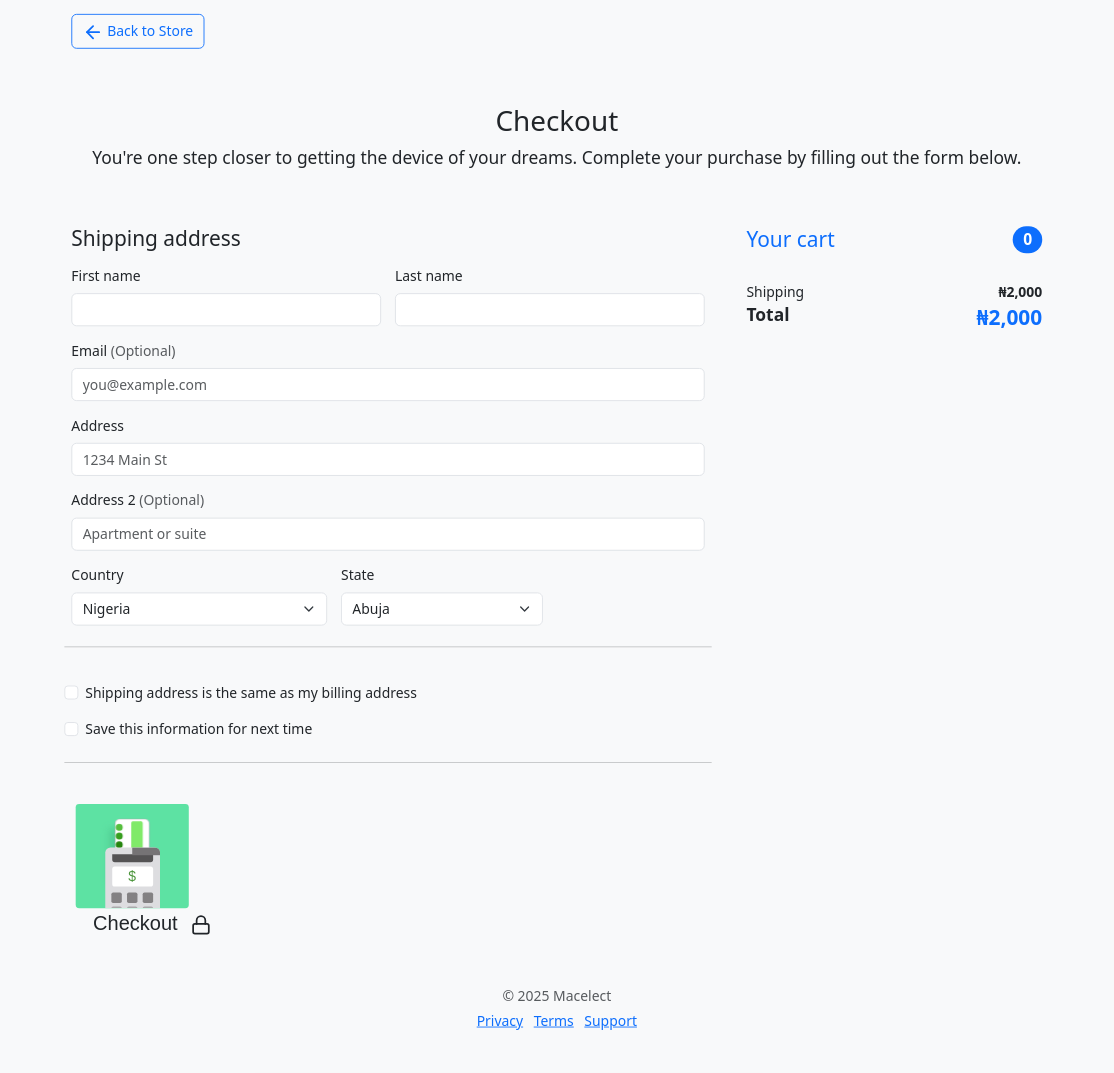
Repository: Davidobi21/macelect
Page: frontend/pages/checkout.html
An editor plug-in stored every save of this project. The page is shown before and after the next save, followed by the edit.
The browser window is 1280 px wide. The pictures show the whole page, at 87% of full size.
The pointer rests on the first visible `.container`.

Above is the page before, as saved 2025-05-06 10:08:50.

### frontend/pages/checkout.html
<!DOCTYPE html>
<html lang="en">
<head>
  <meta charset="UTF-8">
  <meta name="viewport" content="width=device-width, initial-scale=1.0">
  <title>Checkout</title>
  <link rel="stylesheet" href="../css/checkout.css">
  <script src="https://cdn.jsdelivr.net/npm/lucide@latest/dist/umd/lucide.min.js"></script>
  <script src="./js/checkout.js" defer></script>
  <script src="https://js.paystack.co/v1/inline.js"></script>
  <script src="https://cdn.jsdelivr.net/npm/sweetalert2@11"></script>
  <link href="https://cdn.jsdelivr.net/npm/bootstrap@5.3.0-alpha1/dist/css/bootstrap.min.css" rel="stylesheet">
</head>
<body class="bg-light">
  <div class="container">
    <!-- Back Button -->
    <div class="py-3">
      <a href="../pages/products.html" class="btn btn-outline-primary align-items-center gap-2">
        <i data-lucide="arrow-left"></i> Back to Store
      </a>
    </div>

    <main>
      <div class="py-5 text-center">
        <h2>Checkout</h2>
        <p class="lead">You're one step closer to getting the device of your dreams. Complete your purchase by filling out the form below.</p>
      </div>

      <div class="row g-5">
        <!-- Cart Summary -->
        <div class="col-md-5 col-lg-4 order-md-last">
          <h4 class="d-flex justify-content-between align-items-center mb-3">
            <span class="text-primary">Your cart</span>
            <span class="badge bg-primary rounded-pill cart-count">0</span>
          </h4>
          <ul class="list-group mb-3" id="cart-summary">
            <!-- Cart items will be dynamically populated here -->
          </ul>
          <li class="list-group-item d-flex justify-content-between">
            <span>Shipping</span>
            <strong id="shipping-cost">₦0</strong>
          </li>
          <li class="list-group-item d-flex justify-content-between">
            <span class="fs-5 fw-bold">Total</span>
            <strong id="cart-total" class="fs-4 fw-bold text-primary">₦0</strong>
          </li>
        </div>

        <!-- Billing Form -->
        <div class="col-md-7 col-lg-8">
          <h4 class="mb-3">Shipping address</h4>
          <form>
            <div class="row g-3">
              <div class="col-sm-6">
                <label for="firstName" class="form-label">First name</label>
                <input type="text" class="form-control" id="firstName" placeholder="" value="" required>
              </div>

              <div class="col-sm-6">
                <label for="lastName" class="form-label">Last name</label>
                <input type="text" class="form-control" id="lastName" placeholder="" value="" required>
              </div>

              <div class="col-12">
                <label for="email" class="form-label">Email <span class="text-muted">(Optional)</span></label>
                <input type="email" class="form-control" id="email" placeholder="you@example.com">
              </div>

              <div class="col-12">
                <label for="address" class="form-label">Address</label>
                <input type="text" class="form-control" id="address" placeholder="1234 Main St" required>
              </div>

              <div class="col-12">
                <label for="address2" class="form-label">Address 2 <span class="text-muted">(Optional)</span></label>
                <input type="text" class="form-control" id="address2" placeholder="Apartment or suite">
              </div>

              <div class="col-md-5">
                <label for="country" class="form-label">Country</label>
                <select class="form-select" id="country" required>
                  <option value="Nigeria" selected>Nigeria</option>
                </select>
              </div>

              <div class="col-md-4">
                <label for="state" class="form-label">State</label>
                <select class="form-select" id="state" required>
                  <option value="Abuja">Abuja</option>
                  <option value="Nasarawa">Nasarawa</option>
                  <option value="Kogi">Kogi</option>
                  <option value="Kaduna">Kaduna</option>
                  <option value="Niger">Niger</option>
                  <option value="Benue">Benue</option>
                  <option value="Kwara">Kwara</option>
                  <option value="Plateau">Plateau</option>
                  <option value="Taraba">Taraba</option>
                  <option value="Lagos">Lagos</option>
                  <option value="Oyo">Oyo</option>
                  <option value="Ondo">Ondo</option>
                  <option value="Edo">Edo</option>
                  <option value="Delta">Delta</option>
                  <option value="Anambra">Anambra</option>
                  <option value="Enugu">Enugu</option>
                  <option value="Imo">Imo</option>
                  <option value="Rivers">Rivers</option>
                  <option value="Akwa Ibom">Akwa Ibom</option>
                  <option value="Bayelsa">Bayelsa</option>
                  <option value="Borno">Borno</option>
                  <option value="Yobe">Yobe</option>
                  <option value="Zamfara">Zamfara</option>
                  <option value="Sokoto">Sokoto</option>
                  <option value="Kebbi">Kebbi</option>
                  <option value="Kano">Kano</option>
                  <option value="Jigawa">Jigawa</option>
                  <option value="Gombe">Gombe</option>
                  <option value="Bauchi">Bauchi</option>
                  <option value="Ekiti">Ekiti</option>
                  <option value="Osun">Osun</option>
                  <option value="Ebonyi">Ebonyi</option>
                  <option value="Abia">Abia</option>
                  <option value="Cross River">Cross River</option>
                </select>
              </div>


            <hr class="my-4">

            <div class="form-check">
              <input type="checkbox" class="form-check-input" id="same-address">
              <label class="form-check-label" for="same-address">Shipping address is the same as my billing address</label>
            </div>

            <div class="form-check">
              <input type="checkbox" class="form-check-input" id="save-info">
              <label class="form-check-label" for="save-info">Save this information for next time</label>
            </div>

            <hr class="my-4">
          </form>
          <div class="btn contain" id="checkoutButton" disabled>
            <div class="left-side">
              <div class="card">
                <div class="card-line"></div>
                <div class="buttons"></div>
              </div>
              <div class="post">
                <div class="post-line"></div>
                <div class="screen">
                  <div class="dollar">$</div>
                </div>
                <div class="numbers"></div>
                <div class="numbers-line2"></div>
              </div>
            </div>
            <div class="right-side">
              <div class="new">Checkout
                <span id="padlockWrapper" class="ms-2">
                  <i id="padlockIcon" data-lucide="lock"></i>
                </span>
              </div>
            </div>
          </div>
        </div>
      </div>
    </main>

    <footer class="my-5 pt-5 text-muted text-center text-small">
      <p class="mb-1">© 2025 Macelect</p>
      <ul class="list-inline">
        <li class="list-inline-item"><a href="../pages/fqa.html">Privacy</a></li>
        <li class="list-inline-item"><a href="../pages/fqa.html">Terms</a></li>
        <li class="list-inline-item"><a href="../pages/fqa.html">Support</a></li>
      </ul>
    </footer>
  </div>
  <script src="https://cdn.jsdelivr.net/npm/bootstrap@5.3.0-alpha1/dist/js/bootstrap.bundle.min.js"></script>
</body>
</html>

### frontend/css/checkout.css
/* From Uiverse.io by Pawelitto */
.contain {
    background-color: #ffffff;
    display: flex;
    width: 270px;
    height: 120px;
    position: relative;
    border-radius: 6px;
    transition: 0.3s ease-in-out;
  }

  .contain:hover {
    transform: scale(1.03);
  }

  .contain:hover .left-side {
    width: 100%;
  }

  .left-side {
    background-color: #5de2a3;
    width: 130px;
    height: 120px;
    border-radius: 4px;
    position: relative;
    display: flex;
    justify-content: center;
    align-items: center;
    cursor: pointer;
    transition: 0.3s;
    flex-shrink: 0;
    overflow: hidden;
  }

  .right-side {
    display: flex;
    align-items: center;
    overflow: hidden;
    cursor: pointer;
    justify-content: space-between;
    white-space: nowrap;
    transition: 0.3s;
  }

  .right-side:hover {
    background-color: #f9f7f9;
  }

  .arrow {
    width: 20px;
    height: 20px;
    margin-right: 20px;
  }

  .new {
    font-size: 23px;
    font-family: "Lexend Deca", sans-serif;
    margin-left: 20px;
  }

  .card {
    width: 70px;
    height: 46px;
    background-color: #c7ffbc;
    border-radius: 6px;
    position: absolute;
    display: flex;
    z-index: 10;
    flex-direction: column;
    align-items: center;
    -webkit-box-shadow: 9px 9px 9px -2px rgba(77, 200, 143, 0.72);
    -moz-box-shadow: 9px 9px 9px -2px rgba(77, 200, 143, 0.72);
    -webkit-box-shadow: 9px 9px 9px -2px rgba(77, 200, 143, 0.72);
  }

  .card-line {
    width: 65px;
    height: 13px;
    background-color: #80ea69;
    border-radius: 2px;
    margin-top: 7px;
  }

  @media only screen and (max-width: 480px) {
    .container {
      transform: scale(0.7);
    }

    .container:hover {
      transform: scale(0.74);
    }

    .new {
      font-size: 18px;
    }
  }

  .buttons {
    width: 8px;
    height: 8px;
    background-color: #379e1f;
    box-shadow: 0 -10px 0 0 #26850e, 0 10px 0 0 #56be3e;
    border-radius: 50%;
    margin-top: 5px;
    transform: rotate(90deg);
    margin: 10px 0 0 -30px;
  }

  .container:hover .card {
    animation: slide-top 1.2s cubic-bezier(0.645, 0.045, 0.355, 1) both;
  }

  .container:hover .post {
    animation: slide-post 1s cubic-bezier(0.165, 0.84, 0.44, 1) both;
  }

  @keyframes slide-top {
    0% {
      -webkit-transform: translateY(0);
      transform: translateY(0);
    }

    50% {
      -webkit-transform: translateY(-70px) rotate(90deg);
      transform: translateY(-70px) rotate(90deg);
    }

    60% {
      -webkit-transform: translateY(-70px) rotate(90deg);
      transform: translateY(-70px) rotate(90deg);
    }

    100% {
      -webkit-transform: translateY(-8px) rotate(90deg);
      transform: translateY(-8px) rotate(90deg);
    }
  }

  .post {
    width: 63px;
    height: 75px;
    background-color: #dddde0;
    position: absolute;
    z-index: 11;
    bottom: 10px;
    top: 120px;
    border-radius: 6px;
    overflow: hidden;
  }

  .post-line {
    width: 47px;
    height: 9px;
    background-color: #545354;
    position: absolute;
    border-radius: 0px 0px 3px 3px;
    right: 8px;
    top: 8px;
  }

  .post-line:before {
    content: "";
    position: absolute;
    width: 47px;
    height: 9px;
    background-color: #757375;
    top: -8px;
  }

  .screen {
    width: 47px;
    height: 23px;
    background-color: #ffffff;
    position: absolute;
    top: 22px;
    right: 8px;
    border-radius: 3px;
  }

  .numbers {
    width: 12px;
    height: 12px;
    background-color: #838183;
    box-shadow: 0 -18px 0 0 #838183, 0 18px 0 0 #838183;
    border-radius: 2px;
    position: absolute;
    transform: rotate(90deg);
    left: 25px;
    top: 52px;
  }

  .numbers-line2 {
    width: 12px;
    height: 12px;
    background-color: #aaa9ab;
    box-shadow: 0 -18px 0 0 #aaa9ab, 0 18px 0 0 #aaa9ab;
    border-radius: 2px;
    position: absolute;
    transform: rotate(90deg);
    left: 25px;
    top: 68px;
  }

  @keyframes slide-post {
    50% {
      -webkit-transform: translateY(0);
      transform: translateY(0);
    }

    100% {
      -webkit-transform: translateY(-70px);
      transform: translateY(-70px);
    }
  }

  .dollar {
    position: absolute;
    font-size: 16px;
    font-family: "Lexend Deca", sans-serif;
    width: 100%;
    left: 0;
    top: 0;
    color: #4b953b;
    text-align: center;
  }

  .container:hover .dollar {
    animation: fade-in-fwd 0.3s 1s backwards;
  }

  @keyframes fade-in-fwd {
    0% {
      opacity: 0;
      transform: translateY(-5px);
    }

    100% {
      opacity: 1;
      transform: translateY(0);
    }
  }

### frontend/pages/js/checkout.js
document.addEventListener("DOMContentLoaded", () => {
  lucide.createIcons(); // Initialize Lucide icons

  const cartSummary = document.getElementById("cart-summary");
  const cartTotal = document.getElementById("cart-total");
  const shippingCostElement = document.getElementById("shipping-cost");
  const cartCount = document.querySelector(".cart-count");
  const countrySelect = document.getElementById("country");
  const stateSelect = document.getElementById("state");
  const checkoutButton = document.getElementById("checkoutButton");
  const padlockIcon = document.getElementById("padlockIcon");
  const formInputs = document.querySelectorAll("#firstName, #lastName, #email, #address, #country, #state, #zip");

  const cart = JSON.parse(localStorage.getItem("cart")) || [];
  let total = 0;

  function calculateShippingCost(country, state) {
    if (country !== "Nigeria") return 0;

    const distanceTiers = {
      // Distance Level 0 (Abuja)
      "Abuja": 0,

      // Distance Level 1 (nearby states)
      "Nasarawa": 1,
      "Kogi": 1,
      "Kaduna": 1,
      "Niger": 1,

      // Distance Level 2
      "Benue": 2,
      "Kwara": 2,
      "Plateau": 2,
      "Taraba": 2,

      // Distance Level 3
      "Lagos": 3,
      "Oyo": 3,
      "Ondo": 3,
      "Edo": 3,
      "Delta": 3,

      // Distance Level 4 (farther states)
      "Anambra": 4,
      "Enugu": 4,
      "Imo": 4,
      "Rivers": 4,
      "Akwa Ibom": 4,
      "Bayelsa": 4,
      "Borno": 4,
      "Yobe": 4,
      "Zamfara": 4,
      "Sokoto": 4,
      "Kebbi": 4,
      "Kano": 4,
      "Jigawa": 4,
      "Gombe": 4,
      "Bauchi": 4,
      "Ekiti": 4,
      "Osun": 4,
      "Ebonyi": 4,
      "Abia": 4,
      "Cross River": 4,

      // Default tier if not listed
      "Others": 3
    };

    const tier = distanceTiers[state] !== undefined ? distanceTiers[state] : distanceTiers["Others"];
    return 2000 * (tier + 1); // base = ₦2000, so tier 0 = ₦2000, tier 1 = ₦4000, etc.
  }


  function updateCartSummary() {
    cartSummary.innerHTML = ""; // Clear existing content
    total = 0;

    cart.forEach(item => {
      const itemTotal = item.price * item.quantity;
      total += itemTotal;

      const listItem = document.createElement("li");
      listItem.className = "list-group-item d-flex justify-content-between lh-sm align-items-center";
      listItem.innerHTML = `
        <div class="d-flex align-items-center gap-2">
          <img src="${item.image}" alt="${item.name}" width="50" height="50" style="object-fit: cover; border-radius: 4px;">
          <div>
            <h6 class="my-0 mb-1">${item.name}</h6>
            <small class="text-muted">Quantity: ${item.quantity}</small>
          </div>
        </div>
        <span class="text-muted">₦${itemTotal.toLocaleString()}</span>
      `;
      cartSummary.appendChild(listItem);
    });

    const country = countrySelect.value;
    const state = stateSelect.value;
    const shippingCost = calculateShippingCost(country, state);

    shippingCostElement.textContent = `₦${shippingCost.toLocaleString()}`;
    cartTotal.textContent = `₦${(total + shippingCost).toLocaleString()}`;
    cartCount.textContent = cart.reduce((count, item) => count + item.quantity, 0);

    validateCheckoutButton(); // Check if the button should be enabled
  }

  function validateCheckoutButton() {
    const isFormValid = Array.from(formInputs).every(input => input.value.trim() !== "");
    const isCartNotEmpty = cart.length > 0;
    const padlockWrapper = document.getElementById("padlockWrapper");

    if (isFormValid && isCartNotEmpty) {
      checkoutButton.disabled = false;
      padlockWrapper.style.display = "none"; // Hide wrapper
    } else {
      checkoutButton.disabled = true;
      padlockWrapper.style.display = "inline-block"; // Show wrapper
    }
  }
  function payWithPaystack() {
    const email = document.getElementById("email").value;
    const shippingInfo = {
      country: countrySelect.value,
      state: stateSelect.value,
      address: document.getElementById("address").value,
    };
    const items = JSON.parse(localStorage.getItem("cart")) || [];

    const totalAmount = total + calculateShippingCost(shippingInfo.country, shippingInfo.state);

    const handler = PaystackPop.setup({
      key: 'pk_test_44f6dbb6159b73b84fff2fc441dcdd997e15c10d', // ✅ PUBLIC key
      email,
      amount: totalAmount * 100,
      currency: "NGN",
      ref: 'Mactelect' + Math.floor(Math.random() * 1000000000 + 1),

      callback: function (response) {
        placeOrder(response.reference, shippingInfo, items, totalAmount);
      },


      onClose: function () {
        alert('Transaction cancelled.');
      }
    });

    handler.openIframe();
  }

  async function placeOrder(paymentReference, shippingInfo, items, totalAmount) {
    try {
      // Retrieve user object from localStorage
      const user = JSON.parse(localStorage.getItem('user'));
      if (!user || !user._id) {
        alert('User ID is missing. Please log in.');
        return; // Stop execution if userId is missing
      }

      const userId = user._id; // Extract userId from the user object

      const response = await fetch('http://localhost:5000/api/order/place', {
        method: 'POST',
        headers: { 'Content-Type': 'application/json' },
        body: JSON.stringify({
          userId, // Include userId in the request payload
          items: items.map(item => ({
            productId: item.id,
            quantity: item.quantity,
            priceAtPurchase: item.price
          })),
          shippingInfo: `${shippingInfo.address}, ${shippingInfo.state}, ${shippingInfo.country}`,
          totalAmount,
          paymentReference
        }),
      });

      if (!response.ok) {
        const errorData = await response.json();
        throw new Error(`HTTP error! status: ${response.status}, message: ${errorData.message}`);
      }

      const data = await response.json();
      alert("Order placed! Ref: " + paymentReference);
      localStorage.removeItem("cart");
      window.location.href = "./thank-you.html"; // Redirect to thank you page
    } catch (error) {
      console.error('Error placing order:', error);
      alert(error.message); // Display error message to the user
    }
  }



  formInputs.forEach(input => {
    input.addEventListener("input", validateCheckoutButton);
  });

  countrySelect.addEventListener("change", updateCartSummary);
  stateSelect.addEventListener("change", updateCartSummary);
  checkoutButton.addEventListener("click", (e) => {
    e.preventDefault();
    payWithPaystack();
  });

  updateCartSummary(); // Initial update
});

After the next save:
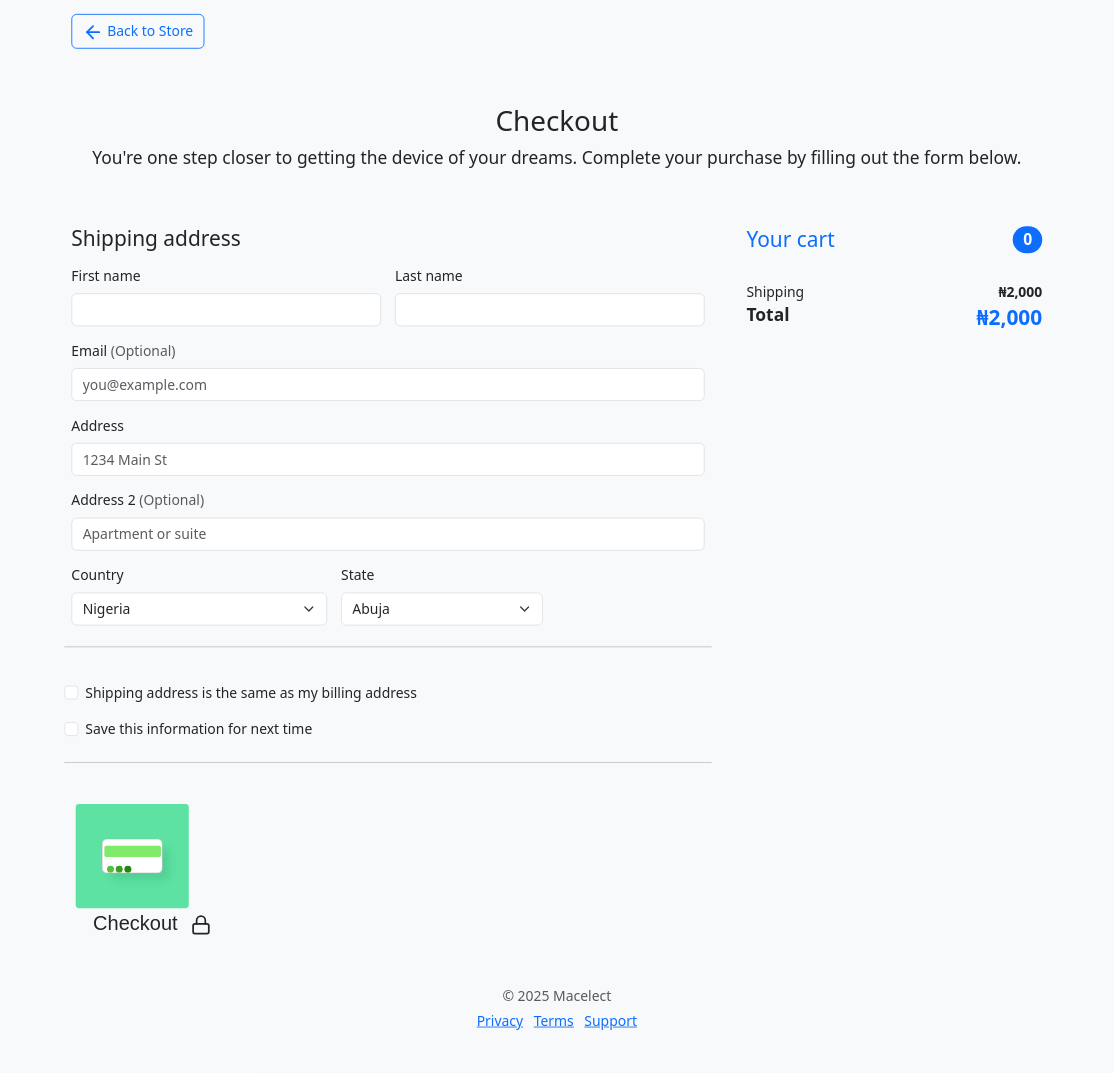
Saved 21 s later.
--- a/frontend/css/checkout.css
+++ b/frontend/css/checkout.css
@@ -106,11 +106,11 @@
     margin: 10px 0 0 -30px;
   }
 
-  .container:hover .card {
+  .contain:hover .card {
     animation: slide-top 1.2s cubic-bezier(0.645, 0.045, 0.355, 1) both;
   }
 
-  .container:hover .post {
+  .contain:hover .post {
     animation: slide-post 1s cubic-bezier(0.165, 0.84, 0.44, 1) both;
   }
 
@@ -224,7 +224,7 @@
     text-align: center;
   }
 
-  .container:hover .dollar {
+  .contain:hover .dollar {
     animation: fade-in-fwd 0.3s 1s backwards;
   }
 
